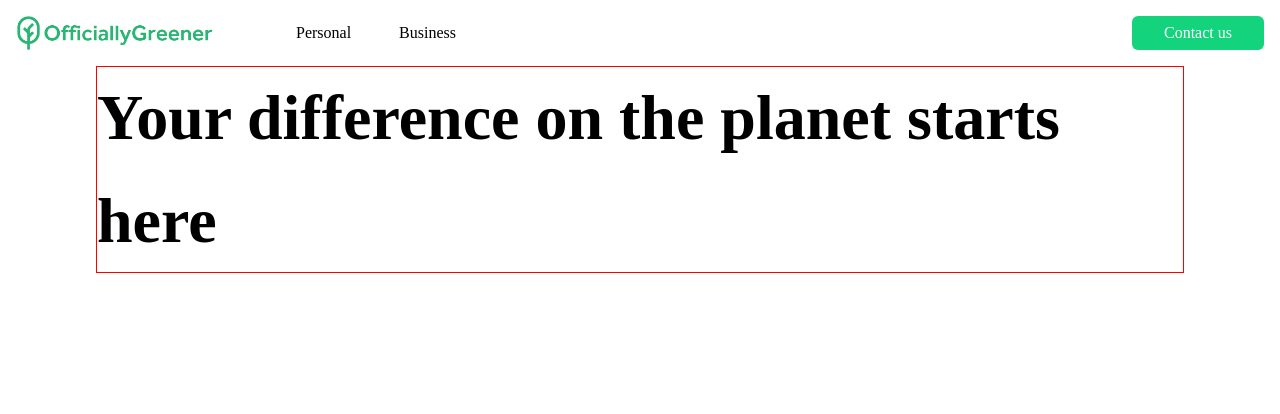
Repository: Sinkycode/Officially-Greener
Page: index.html
These files come from the project's save history. The page is drawn as it stood at one moment and after the next save; the edit follows.
The browser window is 1280 px wide. The pictures show the whole page.

Above is the page before, as saved 2023-03-07 21:03:20.

After the next save:
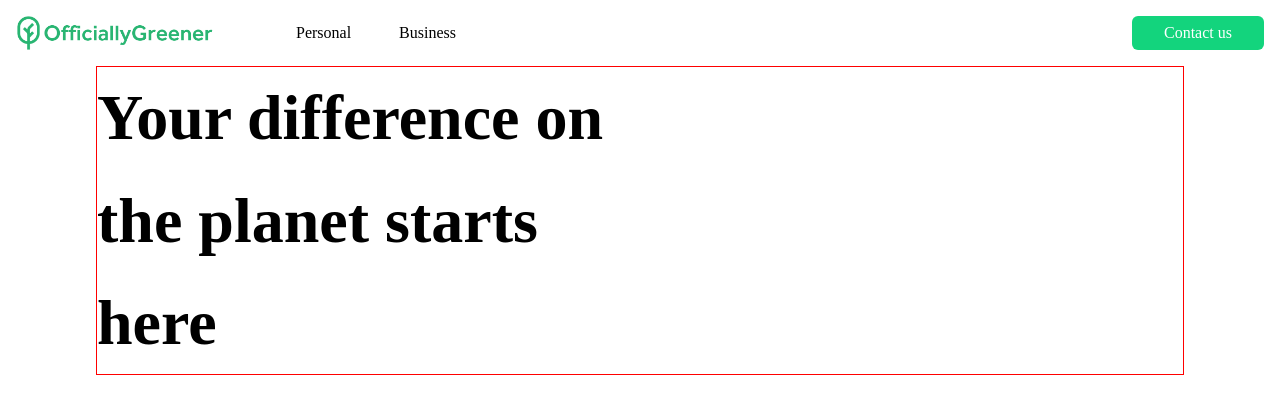
Saved 16 s later.
--- a/style.css
+++ b/style.css
@@ -83,5 +83,6 @@
 }
 
 .landing-page__big-txt {
-  font-size: clamp(2rem, 1rem + 10vw, 4rem)
+  font-size: clamp(2rem, 1rem + 10vw, 4rem);
+  width: 50%;
 }
